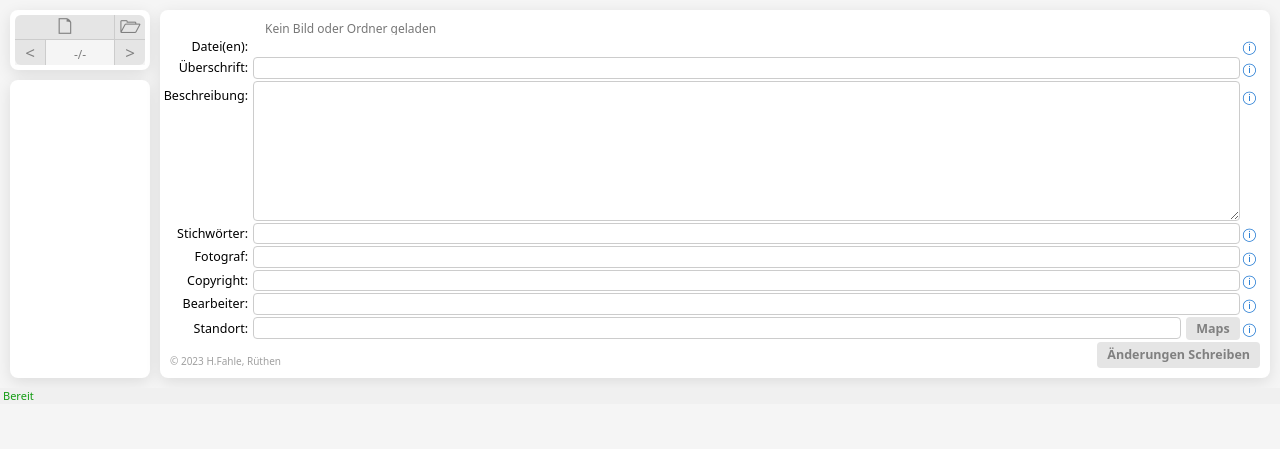
Repository: h-fahle/metadata
Page: ui/index.html
The author's editor kept a copy of each file at every save. The page is drawn from the files as they stood at one save, then again after the next save.
The browser window is 1280 px wide. The pictures show the whole page.

Above is the page before, as saved 2026-09-04 15:30:56.
Console error: TypeError: Cannot read properties of undefined (reading 'core')

After the next save:
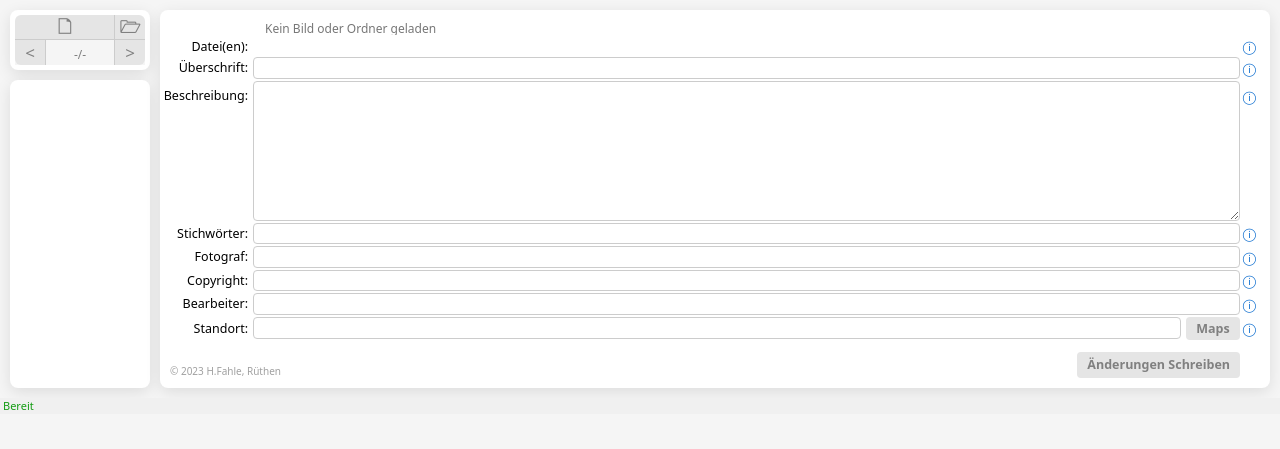
Saved 23 s later.
--- a/ui/style.css
+++ b/ui/style.css
@@ -352,7 +352,7 @@ button:hover {
 .button-group {
 	display: flex;
 	justify-content: flex-end;
-	margin: 10px 2ßpx 0 0;
+	margin: 10px 20px 0 0;
 }
 
 .button-group button {
